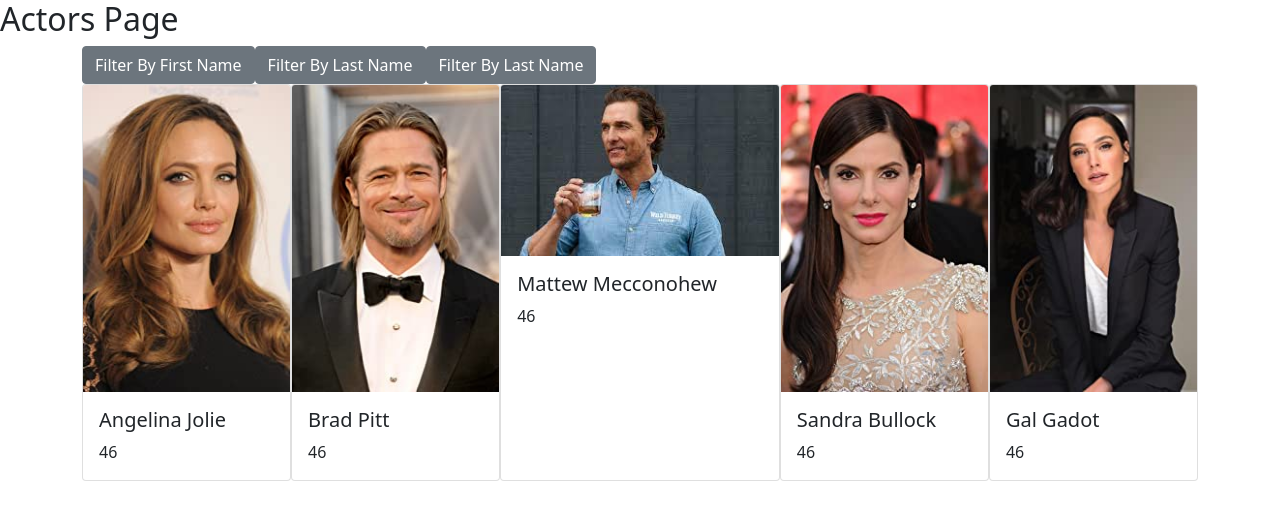
Repository: shuroo/FECourse-react-movieapp
Page: /
The author's editor kept a copy of each file at every save. The page is drawn from the files as they stood at one save, then again after a run of saves.
The browser window is 1280 px wide. The pictures show the whole page.
The project was rebuilt for these pictures with package versions that can differ from the ones it lists, and the page was loaded fresh each time. Also part of the build but not shown: src/App.css.

Above is the page before, as saved 2021-07-25 15:09:22.

### src/App.js
import logo from './logo.svg';
import './App.css';
import React, { useState } from 'react';
import 'bootstrap/dist/css/bootstrap.min.css';
import ActorsPage from './pages/ActorsPage';

function App() {
    return <ActorsPage / >
};

export default App;

### src/pages/ActorsPage.jsx
import React, { useState } from 'react';
import ActorModel from '../model/ActorModel';
import CardComponent from "../components/CardComponent";
//import SortComponent from "../components/SortComponent";
import ImgGallery from "../components/ImgGallery";
import 'bootstrap/dist/css/bootstrap.min.css';
import Button from 'react-bootstrap/Button';
import InputGroup from 'react-bootstrap/InputGroup';
import Row from 'react-bootstrap/Row';
import Container from 'react-bootstrap/Container';


function ActorsPage() {

    const allActors = [ new ActorModel("Angelina", "Jolie", new Date("04/06/1975"), "./angeline.jpg", "https://www.imdb.com/name/nm0001401/"),
    new ActorModel("Brad", "Pitt", new Date("04/06/1975"), "./brad_pitt.jpg", "https://www.imdb.com/name/nm0000093/"),
    new ActorModel("Mattew", "Mecconohew", new Date("04/06/1975"), "./mattehew_mecc.jpeg","https://www.imdb.com/name/nm0000190/"),
    new ActorModel("Sandra", "Bullock", new Date("04/06/1975"), "./sandra_bullock.jpg", "https://www.imdb.com/name/nm0000113/"),
    new ActorModel("Gal", "Gadot", new Date("04/06/1975"), "./gal_gadot.jpg", "https://www.imdb.com/name/nm0000113/")];

    const [actors, setActors] = useState(
        allActors
        )


    // firstName, lastName, birthday, image, imdbLink

    const [filterText, setFilterText] = useState("")
    const [sortCriteria, setSortCriteria] = useState("")

    function filterTextByEvent(e){
        let text = e.target.value;
        setFilterText(text);
        if(text === ""){
            setActors(allActors);
        }
    }
    function filterByFirstName(){
        let actorsFiltered = [...actors].filter(a=>a.firstName.startsWith(filterText));
        setActors(actorsFiltered);
    }

    function filterByLastName(){
         setActors(actors.filter(a=>a.lastName.startsWith(filterText)));
    }

    let actorsHtml = actors.map(act=><CardComponent key={act.firstName+"1"} actor={act}/>)
    /** <SortComponent actors={actors} setSortCriteria={setSortCriteria} sortCriteria={sortCriteria} setActors={setActors} />**/


    return (
        <div >
            <h2>Actors Page</h2>
            <Container>
            <InputGroup  type="text" value={filterText} onChange={(e)=>filterTextByEvent(e)}   placeholder="Filter Actors!"></InputGroup>
            <Button variant="secondary" onClick={filterByFirstName}>Filter By First Name</Button>
            <Button variant="secondary" onClick={filterByLastName}>Filter By Last Name</Button>
            <Button variant="secondary"  onClick={filterByLastName}>Filter By Last Name</Button>
            <Row> <ImgGallery actorsHtml={actorsHtml}/> </Row>
            </Container>

        </div>
    );
}

export default ActorsPage;

### src/model/ActorModel.jsx
class ActorModel{

    constructor(firstName, lastName, birthday, image, imdbLink){

        this.firstName = firstName;
        this.lastName = lastName;
        this.birthday = birthday;
        this.image = image;
        this.imdbLink = imdbLink;
        this.age = this.age.bind(this);
    }

    age(){
        var thisyear = new Date().getFullYear();
        var birthyear = this.birthday.getFullYear();
        return (thisyear - birthyear);
    }
}

export default ActorModel;

### src/components/CardComponent.jsx
import React from "react";
import './CardComponent.css';
import Card from 'react-bootstrap/Card'

function CardComponent({actor}) {

	return (

<Card>
<Card.Img variant="top" src={actor.image} alt={actor.firstName+" "+actor.lastName} />
<Card.Body>
  <Card.Title>{actor.firstName} {actor.lastName}</Card.Title>
  <Card.Text>
  {actor.age()}
    </Card.Text>

</Card.Body>
</Card>
	)
}

export default CardComponent;

### src/components/ImgGallery.jsx
import React from "react";
import './CardComponent.css';

function ImgGallery({actorsHtml}){


return(
<div className="gallery">{actorsHtml}</div>

)

}

export default ImgGallery;

### src/components/CardComponent.css
.actorImg {
    border-radius: 25%;
    object-fit: cover;
    height: 150px;
}

.col {
    display: flex;
    justify-content: space-around;
    align-items: flex-start;
    flex-basis: 15%;
}

.gallery {
    display: flex;
    align-items: stretch;
}

Loaded but not shown: public/index.html (common file); src/index.js (common file); src/index.css (common file); src/reportWebVitals.js (common file)

After the next 2 saves:
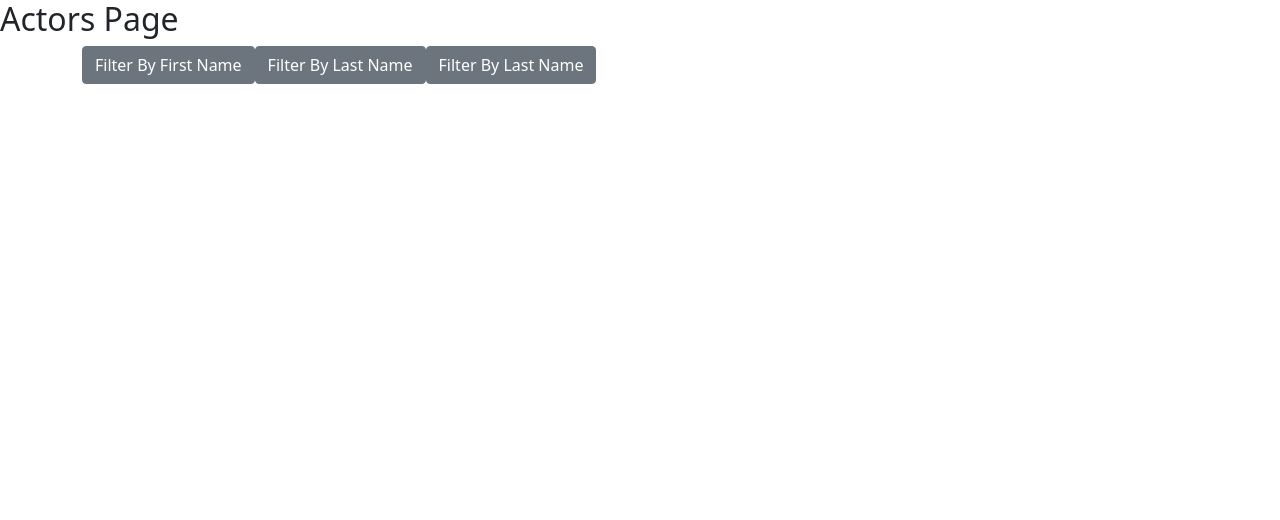
The 2 saves are shown as one change because 1 did not build or start.
The last was saved 90 s later.
--- a/src/pages/ActorsPage.jsx
+++ b/src/pages/ActorsPage.jsx
@@ -44,8 +44,6 @@ function ActorsPage() {
          setActors(actors.filter(a=>a.lastName.startsWith(filterText)));
     }
 
-    let actorsHtml = actors.map(act=><CardComponent key={act.firstName+"1"} actor={act}/>)
-    /** <SortComponent actors={actors} setSortCriteria={setSortCriteria} sortCriteria={sortCriteria} setActors={setActors} />**/
 
 
     return (
@@ -56,7 +54,7 @@ function ActorsPage() {
             <Button variant="secondary" onClick={filterByFirstName}>Filter By First Name</Button>
             <Button variant="secondary" onClick={filterByLastName}>Filter By Last Name</Button>
             <Button variant="secondary"  onClick={filterByLastName}>Filter By Last Name</Button>
-            <Row> <ImgGallery actorsHtml={actorsHtml}/> </Row>
+            <Row> <ImgGallery actors={actors}/> </Row>
             </Container>
 
         </div>
